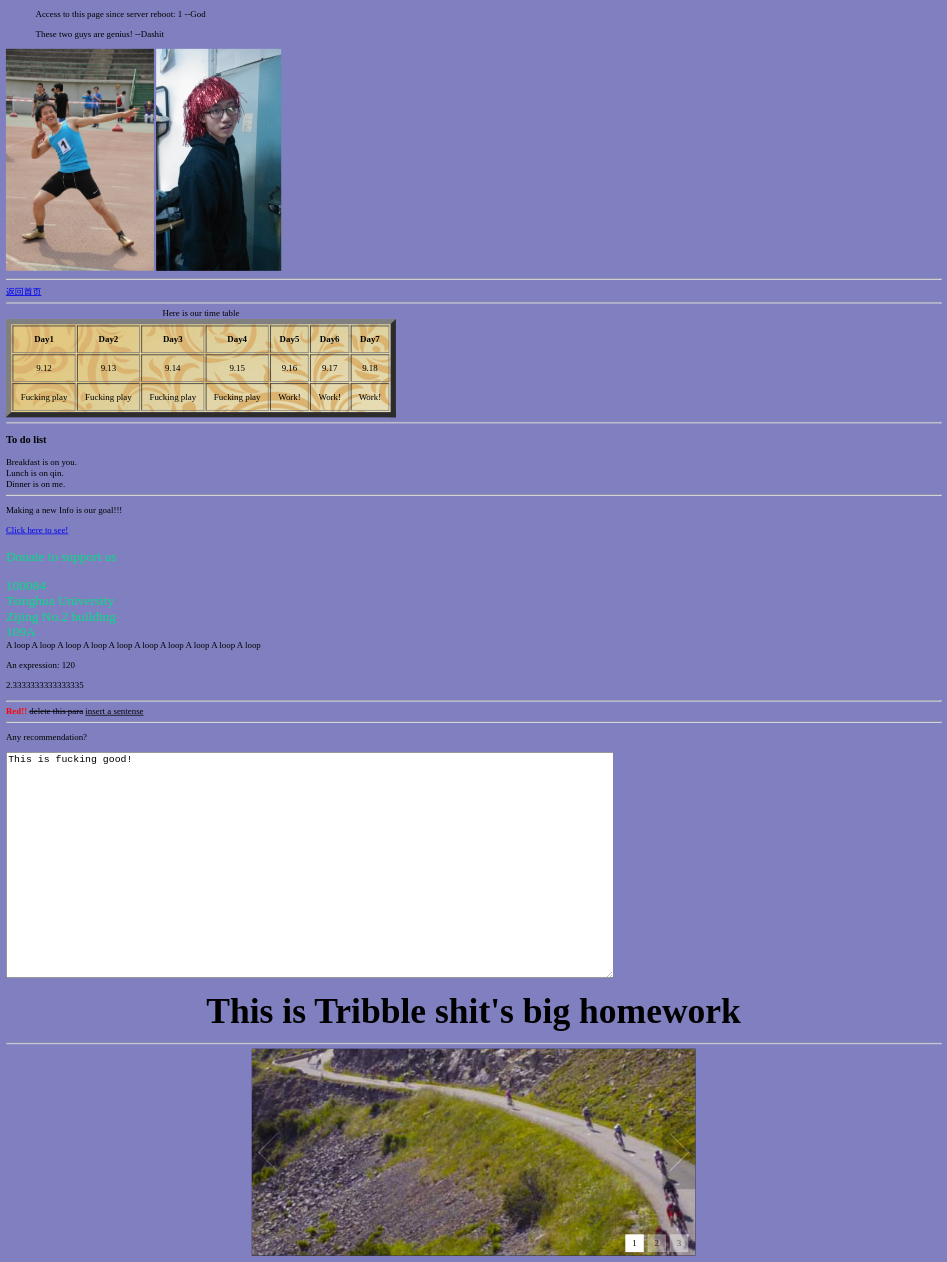
Repository: hbisheng/Academic-portal-website
Page: http://localhost/NewInfo/author.jsp
An editor plug-in stored every save of this project. The page is shown before and after the next save, followed by the edit.
The browser window is 1280 px wide. The pictures show the whole page, at 74% of full size.
The page is served by Tomcat 9.

Above is the page before, as saved 2014-09-14 09:03:15.

After the next save:
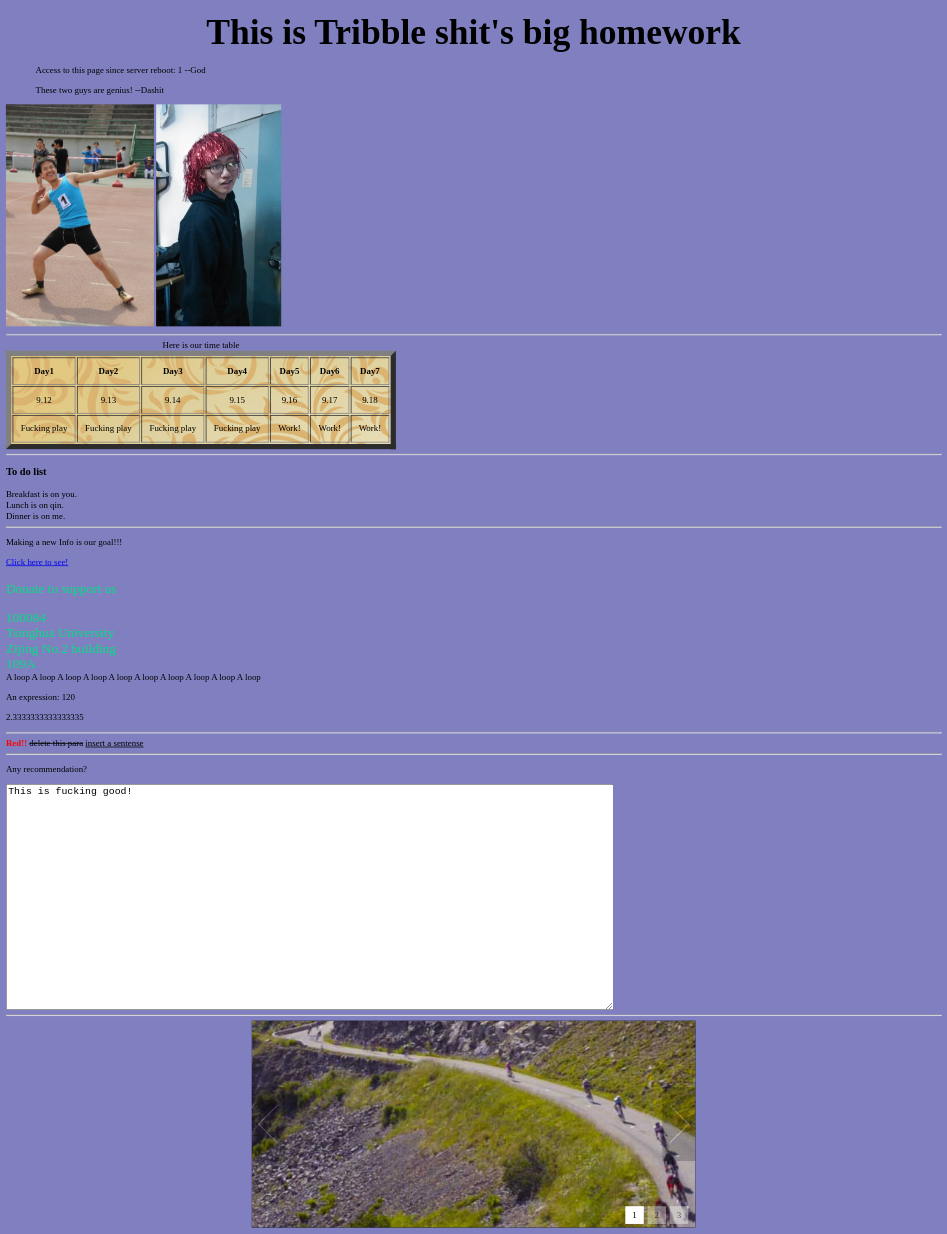
Saved 27 s later.
--- a/Java_info/NewInfo/WebContent/author.jsp
+++ b/Java_info/NewInfo/WebContent/author.jsp
@@ -36,6 +36,8 @@ img {border:0;}
 
 <body bgcolor= "#8080C0">
 
+<h1 align ="center"><font size = 8 face ="微软雅黑" >This is Tribble shit's big homework</font></h1>
+
 <%! private int count = 0; %>
 <blockquote>
 <p>Access to this page since server reboot: <%= ++count %> --God</p>
@@ -43,7 +45,7 @@ These two guys are genius! --Dashit
 </blockquote>
 <a href="http://www.baidu.com"><img border= "0" src = "img/Bolt.jpg"  height = "300"></a>
 <a href="http://www.sina.com.cn"><img border= "0" src = "img/Double.jpg"  height = "300"></a><br>
-<hr><a href="home.jsp">返回首页</a>
+
 
 <hr><table border="7" cellpadding = "10" background = "img/silk_texture.jpg">
 <caption>Here is our time table</caption>
@@ -88,8 +90,6 @@ Zijing No.2 building<br>
 <textarea rows="20" cols="100">This is fucking good!</textarea>
 
 
-<h1 align ="center"><font size = 8 face ="微软雅黑" >This is Tribble shit's big homework</font></h1>
-
 <hr><div class="focus" id="focus001" align="left">
     <ul>
         <li><a href="http://www.divcss5.com/" target="_blank"><img src="img/01.jpg" alt="jquery特效" /></a></li>
